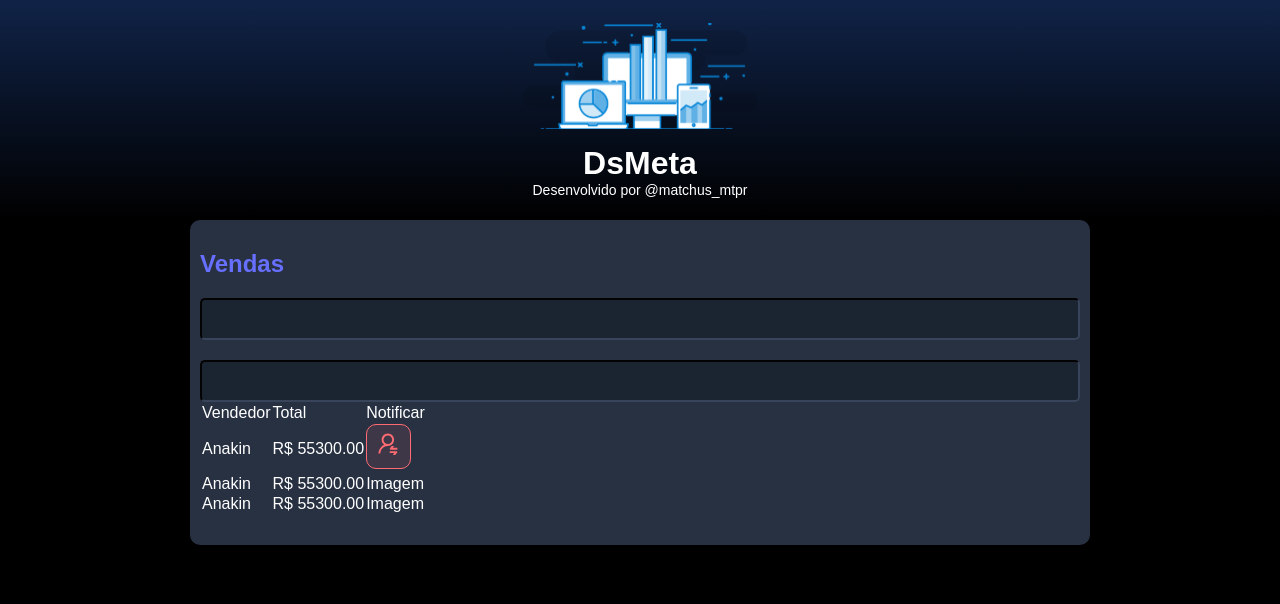
Repository: MatheusAlvesPereiraRosa/ds-meta
Page: index.html
These files come from the project's save history. The page is drawn as it stood at one moment and after the next save; the edit follows.
The browser window is 1280 px wide. The pictures show the whole page.

Above is the page before, as saved 2022-09-01 12:01:08.

After the next save:
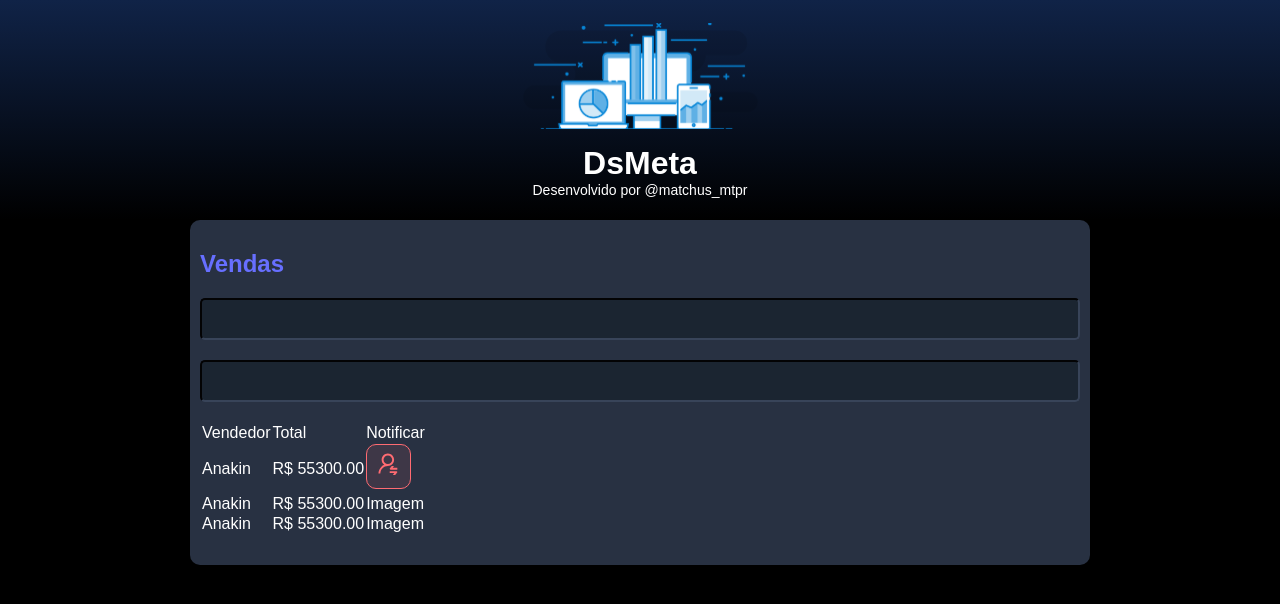
Saved 21 s later.
--- a/index.html
+++ b/index.html
@@ -30,7 +30,7 @@
               <div class="dsmeta-form-control-container">
                 <input class="dsmeta-form-control" type="text" />
               </div>
-              <div>
+              <div class="dsmeta-form-control-container">
                 <input class="dsmeta-form-control" type="text" />
               </div>
             </div>
